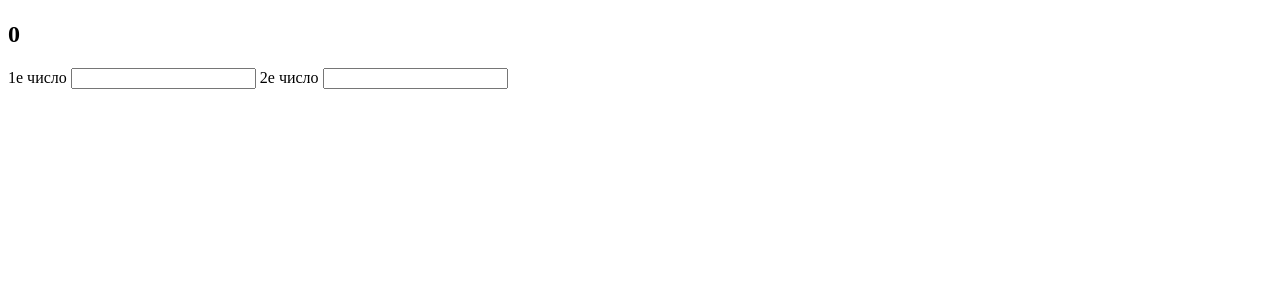
Repository: Serkebaeva/Phoenix
Page: index.html
These files come from the project's save history. The page is drawn as it stood at one moment and after the next save; the edit follows.
The browser window is 1280 px wide. The pictures show the whole page.

Above is the page before, as saved 2022-10-29 20:43:20.

### index.html
<!DOCTYPE html>
<html lang="en">
  <head>
    <meta charset="UTF-8" />
    <meta http-equiv="X-UA-Compatible" content="IE=edge" />
    <meta name="viewport" content="width=device-width, initial-scale=1.0" />
    <title>Document</title>
  </head>
  <body>
    <h1 class="h1"></h1>
    <h2 class="result"></h2>

    <label>
      1e число
      <input type="number" id="number-1" />
    </label>

    <label>
      2e число
      <input type="number" id="number-2" />
    </label>

    <!--<script src="Задание-2.js"></script>-->
    <script src="calculatorTask.js"></script>
    <!--<script src="задание-3.js"></script>-->
  </body>
</html>

### calculatorTask.js
let num1 = document.querySelector("#number-1");
let num2 = document.querySelector("#number-2");

num1 = +num1.value;
num2 = +num2.value;

let result = num1 + num2;

const output = document.querySelector(".result");
output.innerText = result;

console.log(num1);
console.log(num2);

After the next save:
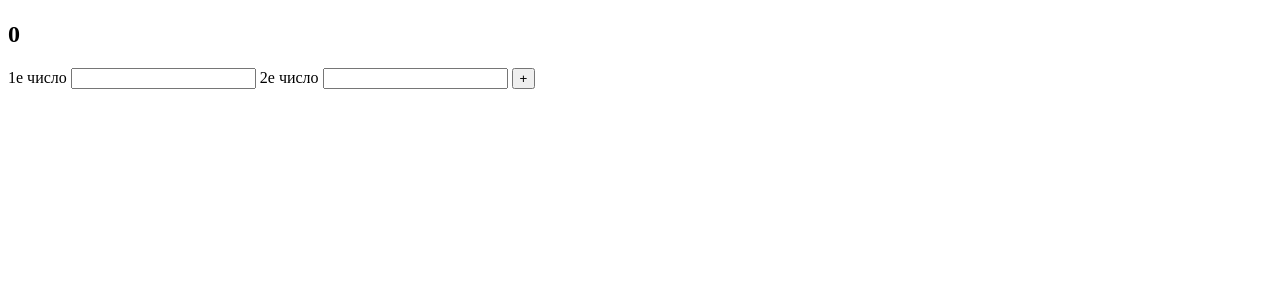
Saved 34 s later.
--- a/index.html
+++ b/index.html
@@ -20,6 +20,8 @@
       <input type="number" id="number-2" />
     </label>
 
+    <button>+</button>
+
     <!--<script src="Задание-2.js"></script>-->
     <script src="calculatorTask.js"></script>
     <!--<script src="задание-3.js"></script>-->
